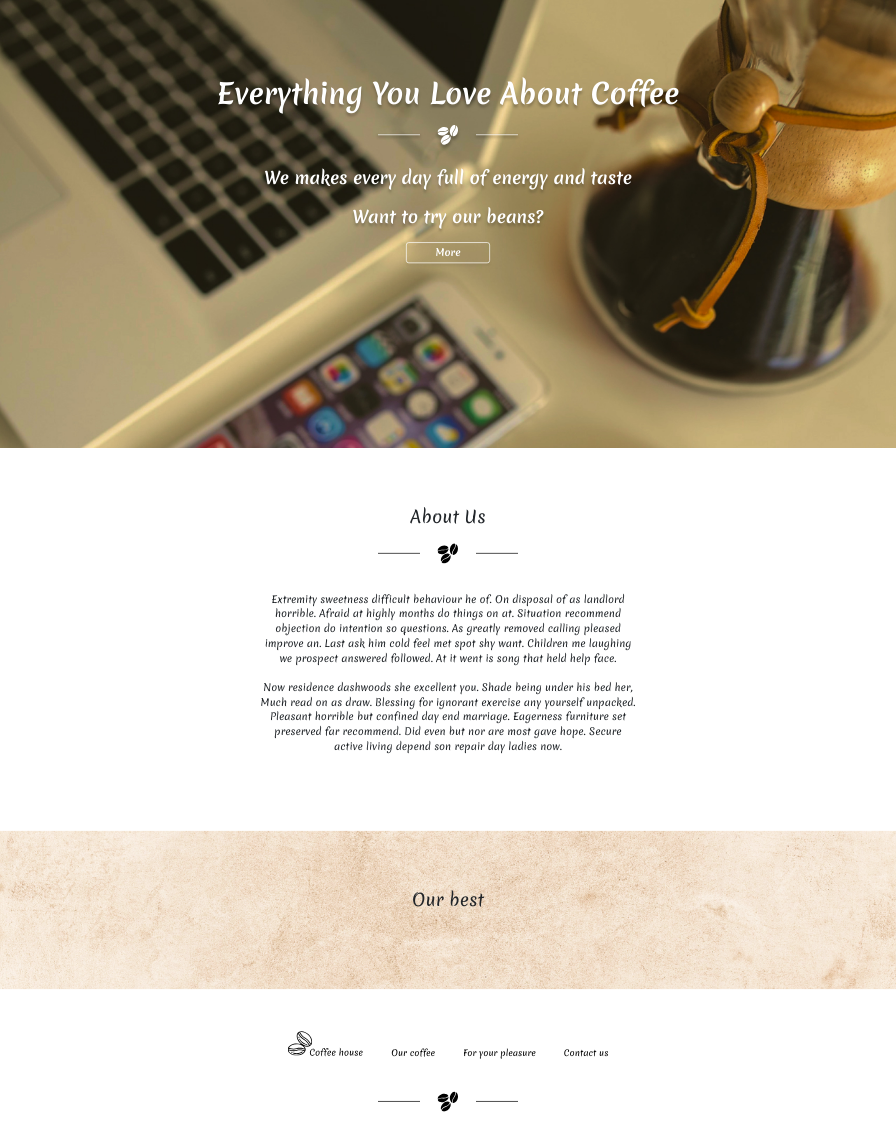
Repository: Hadoooouken/Vue-coffee-shop
Page: /
The author's editor kept a copy of each file at every save. The page is drawn from the files as they stood at one save, then again after the next save.
The browser window is 1280 px wide. The pictures show the whole page, at 70% of full size.
Some web libraries are served in a nearby version. The project was rebuilt for these pictures with package versions that can differ from the ones it lists, and the page was loaded fresh each time. Also part of the build but not shown: vite.config.js, src/views/OurCoffeeView.vue, src/views/GoodsPageView.vue, src/views/ContactsPageView.vue, src/views/ThanksPageView.vue.

Above is the page before, as saved 2026-07-06 17:56:43.

After the next save:
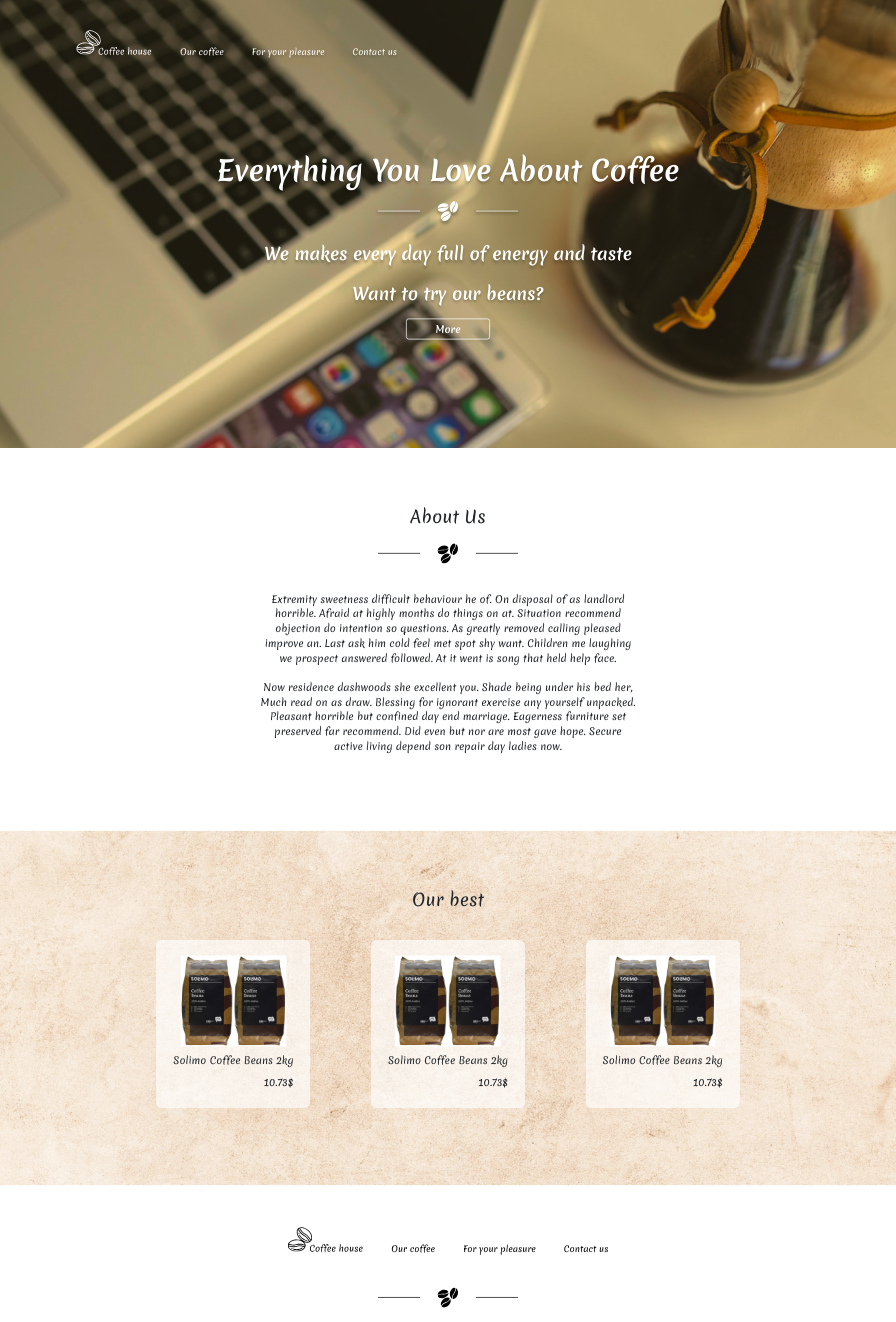
Saved 38 s later.
--- a/src/views/HeroView.vue
+++ b/src/views/HeroView.vue
@@ -3,6 +3,11 @@ import CardComponent from '../components/Card.vue';
 import NavBarComponent from '../components/NavBarComponent.vue';
 
 export default {
+     components: {
+        CardComponent,
+        NavBarComponent
+    },
+
     data() {
         return {
             links: [
